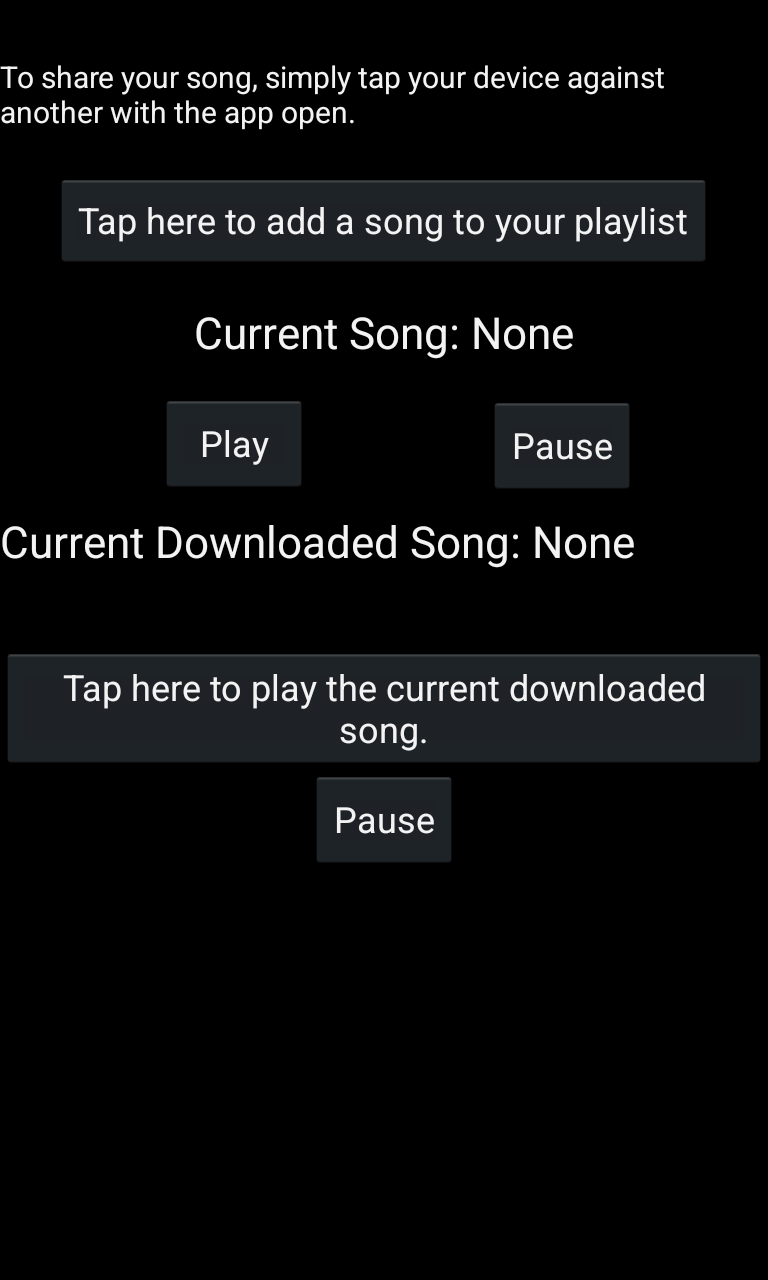
Repository: griff1/idpa2012projects
Layout: workspace/Player/res/layout/main2.xml
These files come from the project's save history. The layout is drawn as it stood at one moment and after the next save; the edit follows.
It is drawn on a 768 x 1280 px phone screen (xhdpi) without system bars, with theme android:Theme.Holo; the app's code is not run.

Above is the layout before, as saved 2012-08-02 20:00:47.

After the next save:
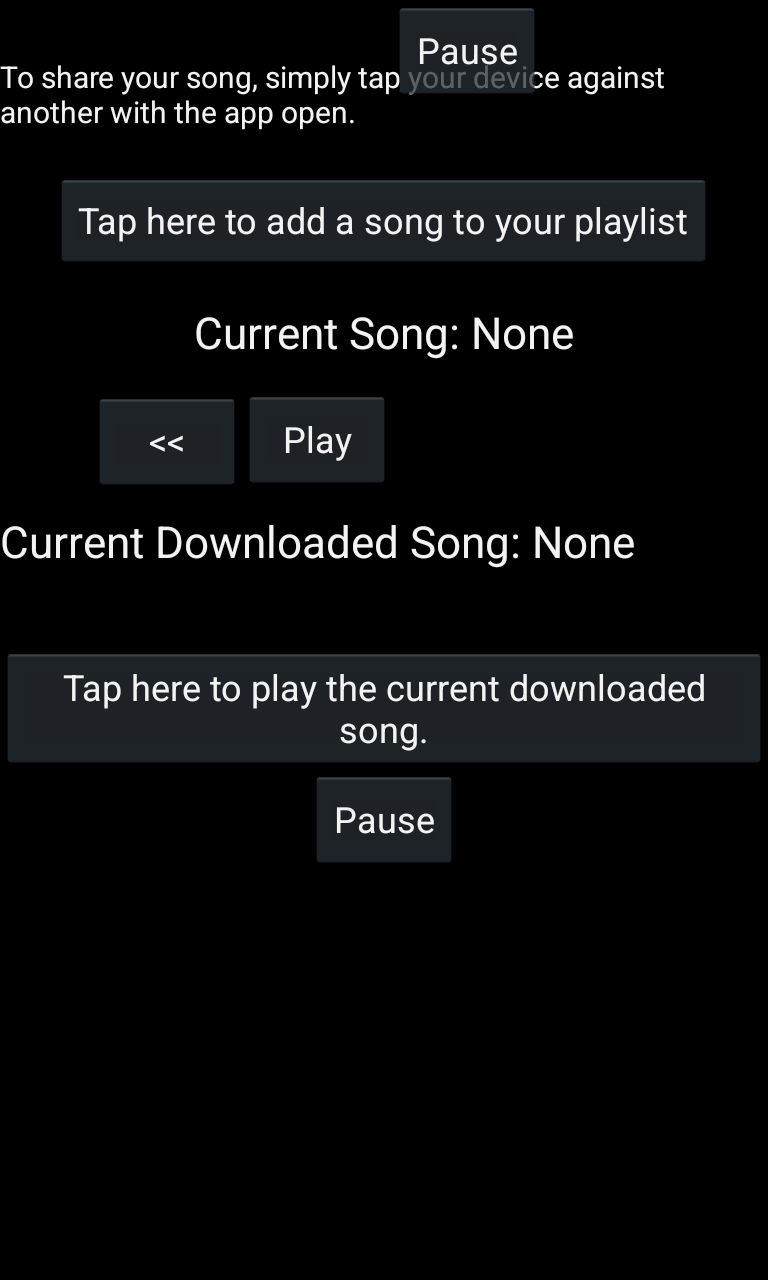
Saved 71 s later.
--- a/workspace/Player/res/layout/main2.xml
+++ b/workspace/Player/res/layout/main2.xml
@@ -3,7 +3,6 @@
     android:layout_width="match_parent"
     android:layout_height="match_parent"
     android:orientation="vertical" >
-
 
 
 
@@ -35,7 +34,6 @@
             android:textAppearance="?android:attr/textAppearanceLarge"
             android:textSize="15dp" />
 
-
         <Button
             android:id="@+id/button1"
             android:layout_width="wrap_content"
@@ -64,8 +62,6 @@
             android:layout_marginTop="38dp"
             android:text="@string/Tap2" />
 
-
-
         <Button
             android:id="@+id/button4"
             android:layout_width="75dp"
@@ -76,25 +72,30 @@
 
 
         <Button
+            android:id="@+id/button5"
+            android:layout_width="75dp"
+            android:layout_height="50dp"
+            android:layout_alignRight="@+id/textView1"
+            android:layout_marginRight="16dp"
+            android:text="@string/Pause" />
+
+        <Button
             android:id="@+id/button3"
             android:layout_width="75dp"
             android:layout_height="50dp"
             android:layout_below="@+id/textView1"
-            android:layout_marginTop="16dp"
-            android:layout_toLeftOf="@+id/button4"
+            android:layout_marginTop="14dp"
+            android:layout_toLeftOf="@+id/button5"
             android:text="@string/Play" />
 
-
-
         <Button
-            android:id="@+id/button5"
+            android:id="@+id/button6"
             android:layout_width="75dp"
             android:layout_height="50dp"
             android:layout_alignBaseline="@+id/button3"
             android:layout_alignBottom="@+id/button3"
-            android:layout_marginLeft="14dp"
-            android:layout_toRightOf="@+id/button4"
-            android:text="@string/Pause" />
+            android:layout_toLeftOf="@+id/button3"
+            android:text="@string/Back" />
 
     </RelativeLayout>
 
